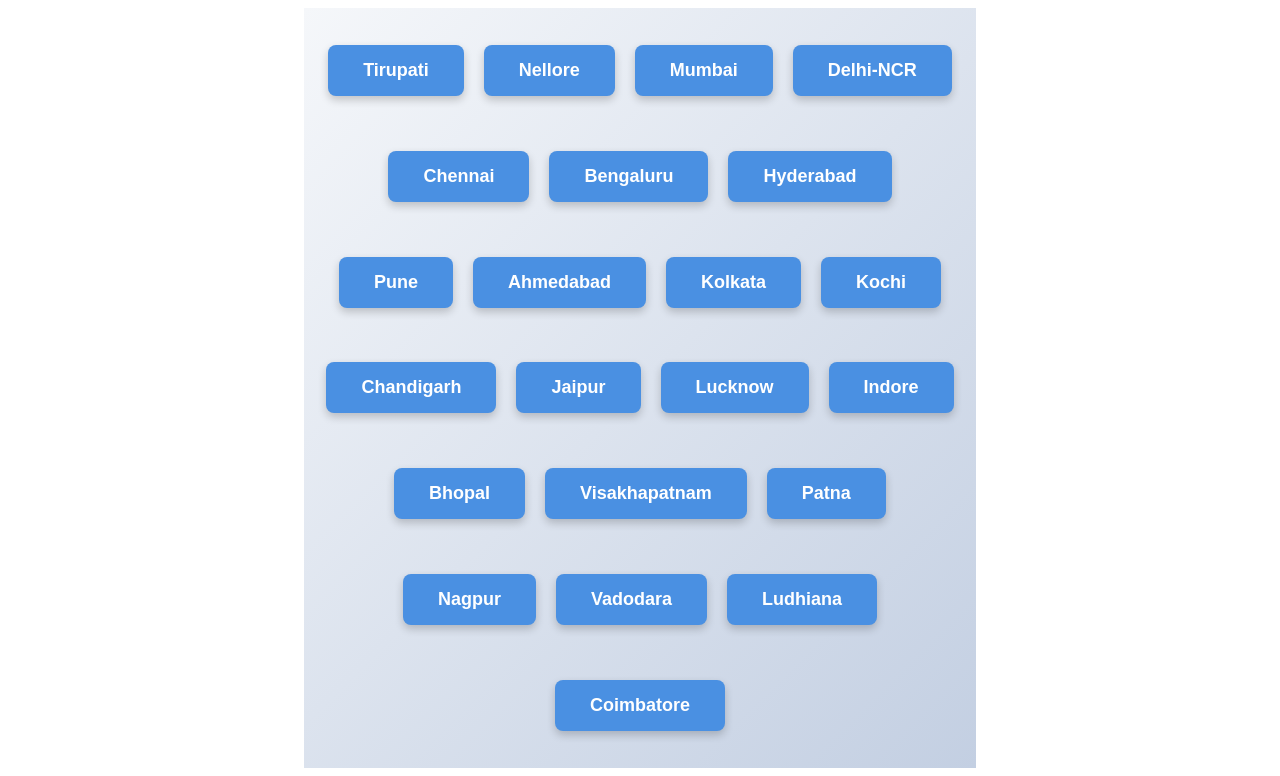
Repository: gnanaprasunag/MovieBookingApp
Page: /navigation (app in frontend/)
An editor plug-in stored every save of this project. The page is shown before and after the next save, followed by the edit.
The browser window is 1280 px wide. The pictures show the whole page.
The page's requests for data from a server got no answer. The project was rebuilt for these pictures with package versions that can differ from the ones it lists, and the page was loaded fresh each time. No one was signed in, and anything a server would have sent is missing. Also part of the build but not shown: frontend/src/components/PrivateRoute.js, frontend/src/components/AuthorizeRoute.js.

Above is the page before, as saved 2025-05-05 02:20:49.

After the next save:
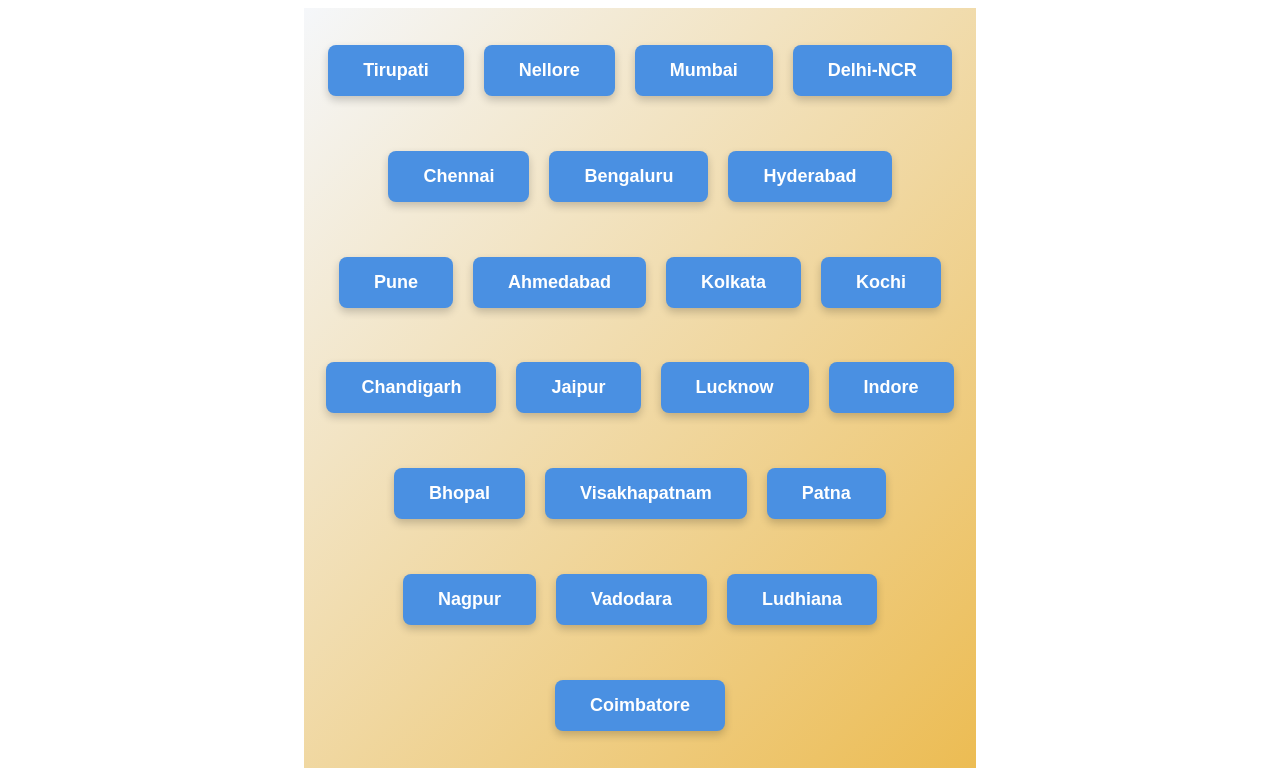
Saved 21 s later.
--- a/frontend/src/pages/navigation.css
+++ b/frontend/src/pages/navigation.css
@@ -5,7 +5,7 @@
     justify-content: center;
     align-items: center;
     min-height: 100vh;
-    background: linear-gradient(135deg, #f5f7fa, #c3cfe2); /* Soft gradient */
+    background: linear-gradient(135deg, #f5f7fa, #ecbc53); /* Soft gradient */
     gap: 20px;
     padding: 20px;
     max-width:50%;
